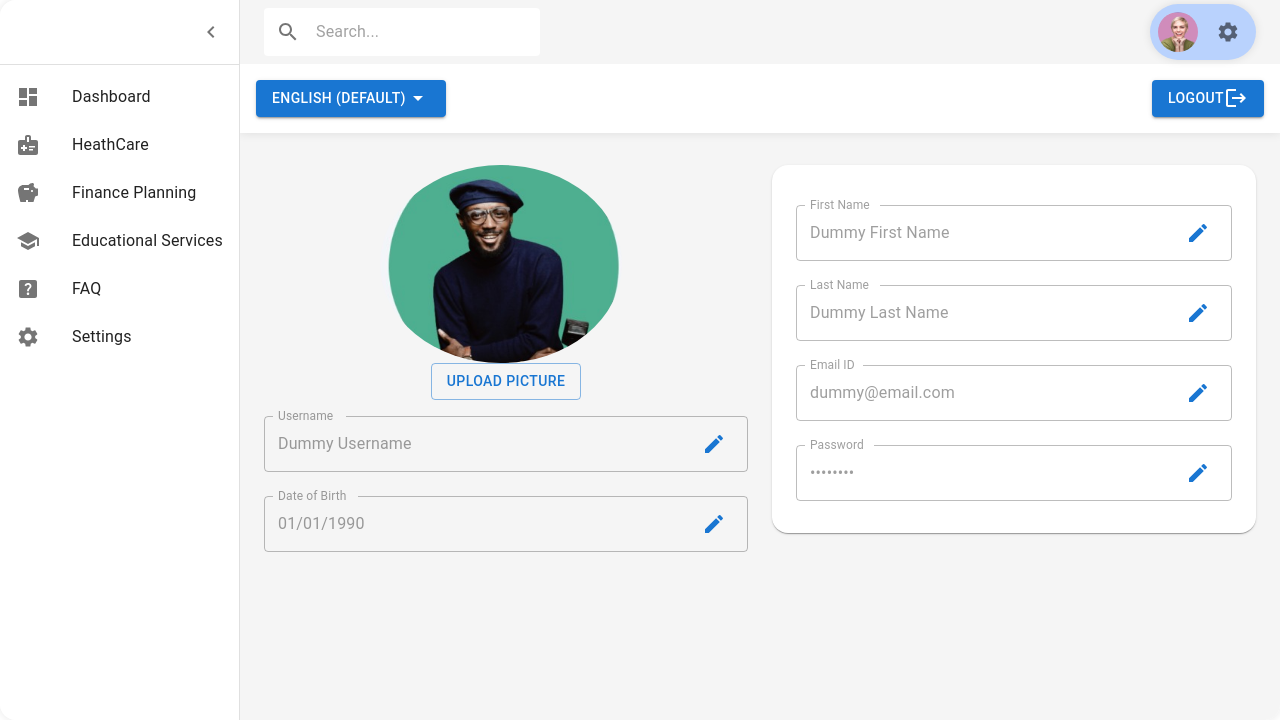
Repository: shubhampirate/TIAA_Retirement_hackathon
Page: /
An editor plug-in stored every save of this project. The page is shown before and after the next save, followed by the edit.
The browser window is 1280 px wide. The pictures show the whole page.
The project was rebuilt for these pictures with package versions that can differ from the ones it lists, and the page was loaded fresh each time. Also part of the build but not shown: src/Components/CustomButton.jsx, src/Components/Navbar.jsx, src/Components/Properties.jsx, src/Components/Footer.jsx, src/Components/Hero.jsx, src/pages/Sign_In.jsx.

Above is the page before, as saved 2023-11-15 20:16:22.

### src/index.css
@import url("https://fonts.googleapis.com/css2?family=Poppins:wght@400;500;700&display=swap");

* {
  margin: 0;
  padding: 0;
  box-sizing: border-box;
  font-family: "Poppins", sans-serif;
}

body {
  margin: 0;
  -webkit-font-smoothing: antialiased;
  -moz-osx-font-smoothing: grayscale;
}

code {
  font-family: source-code-pro, Menlo, Monaco, Consolas, "Courier New",
    monospace;
}

### src/App.jsx
import Hero from "./Components/Hero";
import SignIn from "./pages/Sign_In";
// import Dashboard from "./Components/Dashboard";
// import GaugeChart from "./Components/GaugeChart"
import Health from "./Components/Health";

function App() {
  return (
    <>
      {/* <Hero /> */}
      {/* <SignIn/> */}
      {/* <Dashboard /> */}
      <Health/>
      {/* <GaugeChart />  */}
    </>
  );
}

export default App;

### src/Components/Health.jsx
// import * as React from 'react';
import React, { useState } from 'react';
import { styled, createTheme, ThemeProvider } from '@mui/material/styles';
import CssBaseline from '@mui/material/CssBaseline';
import MuiDrawer from '@mui/material/Drawer';
import Box from '@mui/material/Box';
import MuiAppBar from '@mui/material/AppBar';
import Toolbar from '@mui/material/Toolbar';
import List from '@mui/material/List';
import Typography from '@mui/material/Typography';
import Divider from '@mui/material/Divider';
import IconButton from '@mui/material/IconButton';
// import Badge from '@mui/material/Badge';
import Container from '@mui/material/Container';
import Grid from '@mui/material/Grid';
import Paper from '@mui/material/Paper';
// import Link from '@mui/material/Link';
import MenuIcon from '@mui/icons-material/Menu';
import ChevronLeftIcon from '@mui/icons-material/ChevronLeft';
// import NotificationsIcon from '@mui/icons-material/Notifications';
import SettingsIcon from '@mui/icons-material/Settings';
import { mainListItems } from './listItems';
// import Chart from './Chart';
// import Deposits from './Deposits';
import TextField from '@mui/material/TextField';
import EditIcon from '@mui/icons-material/Edit';
import LogoutIcon from '@mui/icons-material/Logout';
import heroImg_4 from "../media/img_4.jpeg";
import heroImg_5 from "../media/img_5.jpeg";
import Button from '@mui/material/Button';
import LinearProgress from '@mui/material/LinearProgress';
// import YourComponent from './YourComponent';
import SearchIcon from '@mui/icons-material/Search';
import ArrowDropDownIcon from '@mui/icons-material/ArrowDropDown';
import InputBase from '@mui/material/InputBase';


  const Title = styled(Typography)(({ theme }) => ({
    fontSize: "25px",
    color: "#042A57",
    fontWeight: "bold",
    textAlign: "left",
    margin: theme.spacing(4, 0, 4, 0),
    [theme.breakpoints.down("sm")]: {
      fontSize: "30px",
    },
  }));
const drawerWidth = 240;

const AppBar = styled(MuiAppBar, {
  shouldForwardProp: (prop) => prop !== 'open',
})(({ theme, open }) => ({
  zIndex: theme.zIndex.drawer + 1,
  transition: theme.transitions.create(['width', 'margin'], {
    easing: theme.transitions.easing.sharp,
    duration: theme.transitions.duration.leavingScreen,
  }),
  ...(open && {
    marginLeft: drawerWidth,
    width: `calc(100% - ${drawerWidth}px)`,
    transition: theme.transitions.create(['width', 'margin'], {
      easing: theme.transitions.easing.sharp,
      duration: theme.transitions.duration.enteringScreen,
    }),
  }),
}));


const ProgressBarBox = ({ title, value }) => {
    let indicatorText = '';
    let color = '';

    if (value <= 30) {
      indicatorText = 'Less';
      color = '#BDFF7B';
    } else if (value <= 70) {
      indicatorText = 'Nearby Full';
      color = '#FFE779';
    } else {
      indicatorText = 'Completely Full';
      color = '#FC8965';
    }

    return (
      <Grid item xs={12} sm={6} md={4}>
        <Paper
          sx={{
            p: 2,
            display: 'flex',
            flexDirection: 'column',
            alignItems: 'center',
            borderRadius: '16px',
          }}
        >
          <Typography variant="h6" sx={{ mb: 1, color: "#0066FF" }}>
            {title}
          </Typography>
          <LinearProgress
          variant="determinate"
          value={value}
          sx={{
            width: '100%',
            height: '12px',
            borderRadius: '8px',
            backgroundColor: '#f0f0f0',
            marginBottom: '8px',
            '& .MuiLinearProgress-bar': {
              backgroundColor: color,
            },
          }}
        />

          <Box
          sx={{
            display: 'flex',
            justifyContent: 'space-between',
            width: '100%',

          }}
        >
          <Typography variant="body2">{indicatorText}</Typography>
          <Typography variant="body2">{value}%</Typography>
        </Box>
        </Paper>
      </Grid>
    );
  };
const Drawer = styled(MuiDrawer, { shouldForwardProp: (prop) => prop !== 'open' })(
  ({ theme, open }) => ({
    '& .MuiDrawer-paper': {
      position: 'relative',
      whiteSpace: 'nowrap',
      width: drawerWidth,
      transition: theme.transitions.create('width', {
        easing: theme.transitions.easing.sharp,
        duration: theme.transitions.duration.enteringScreen,
      }),
      boxSizing: 'border-box',
      ...(!open && {
        overflowX: 'hidden',
        transition: theme.transitions.create('width', {
          easing: theme.transitions.easing.sharp,
          duration: theme.transitions.duration.leavingScreen,
        }),
        width: theme.spacing(7),
        [theme.breakpoints.up('sm')]: {
          width: theme.spacing(9),
        },
      }),
    },
  }),
);

// TODO remove, this demo shouldn't need to reset the theme.
const defaultTheme = createTheme();

export default function Health() {
    const [isEditing, setIsEditing] = useState(false);
    const [userData, setUserData] = useState({
      username: 'Dummy Username',
      dob: '01/01/1990',
      firstName: 'Dummy First Name',
      lastName: 'Dummy Last Name',
      email: 'dummy@email.com',
      password: '********',
    });

    const handleEdit = (field) => {
      setIsEditing(!isEditing);
    };

    const handleChange = (field, value) => {
      setUserData((prevData) => ({
        ...prevData,
        [field]: value,
      }));
    };

    const [open, setOpen] = React.useState(true);

  const toggleDrawer = () => {
    setOpen(!open);
  };

  return (
    <ThemeProvider theme={defaultTheme}>
      <Box sx={{ display: 'flex', borderRadius: '16px', overflow: 'hidden', boxShadow: '0px 0px 10px rgba(0, 0, 0, 0.1)' }} >
        <CssBaseline />

<AppBar position="absolute" open={open} sx={{ backgroundColor: "whitesmoke", boxShadow: 'none' }}>
  <Toolbar
    sx={{
      pr: '24px', // keep right padding when drawer closed
      display: 'flex',
      alignItems: 'center',
      justifyContent: 'space-between',
    }}
  >
    <Box sx={{ display: 'flex', alignItems: 'center' }}>
      <IconButton
        edge="start"
        aria-label="open drawer"
        onClick={toggleDrawer}
        sx={{
          marginRight: '36px',
          ...(open && { display: 'none' }),
          backgroundColor: "#fff"
        }}
      >
        <MenuIcon  />
      </IconButton>

      {/* Search tab */}
      <Box sx={{ display: 'flex', alignItems: 'center', backgroundColor: 'white', borderRadius: '4px', padding: '4px' }}>
        <IconButton>
          <SearchIcon />
        </IconButton>
        <InputBase
          placeholder="Search..."
          sx={{ ml: 1 }}
        />
      </Box>

    </Box>

    <Box sx={{ display: 'flex', alignItems: 'center', backgroundColor: '#B9D2FD', boxShadow: '0px 0px 10px rgba(0, 0, 0, 0.1)', borderRadius: '40px', padding: '8px' }}>
      {/* User profile image */}
      <img
        src={heroImg_4}
        alt="User Profile"
        style={{ borderRadius: '50%', width: '40px', height: '40px', marginRight: '10px' }}
      />

      {/* Settings button */}
      <IconButton>
        <SettingsIcon />
      </IconButton>
    </Box>
  </Toolbar>
</AppBar>

        <Drawer variant="permanent" open={open}>
          <Toolbar
            sx={{
              display: 'flex',
              alignItems: 'center',
              justifyContent: 'flex-end',
              px: [1],
            }}
          >
            <IconButton onClick={toggleDrawer}>
              <ChevronLeftIcon />
            </IconButton>
          </Toolbar>
          <Divider />
          <List component="nav">
            {mainListItems}
            {/* <Divider sx={{ my: 1 }} /> */}
            {/* {secondaryListItems} */}
          </List>
        </Drawer>
        <Box
          component="main"
          sx={{
            backgroundColor: (theme) =>
              theme.palette.mode === 'light'
                ? theme.palette.grey[100]
                : theme.palette.grey[900],
            flexGrow: 1,
            height: '100vh',
            overflow: 'auto',

          }}
        >
          <Toolbar />
          {/* </Container> */}


          {/* Start Here */}
          <Box
    sx={{
      display: 'flex',
      justifyContent: 'space-between',
      alignItems: 'center',
      padding: '16px',
      backgroundColor: '#fff',
      boxShadow: '0px 0px 10px rgba(0, 0, 0, 0.1)',
    }}
  >
    {/* Language Button */}
    <Button variant="contained" >
      English (default) <ArrowDropDownIcon/>
    </Button>
    {/* Logout Button */}
    <Button variant="contained" >
      Logout  <LogoutIcon/>     </Button>
  </Box>
          <Container sx={{ mt: 4 }}>
        <Grid container spacing={3}>
          {/* Single Column for Upload Picture, Username, and DOB */}
          <Grid item xs={12} md={6}>
            {/* <Paper sx={{ p: 3, borderRadius: '16px' }}> */}
              <Box sx={{ display: 'flex', flexDirection: 'column', alignItems: 'center' }}>
                <input
                  type="file"
                  accept="image/*"
                  style={{
                    display: 'none',
                  }}
                  id="account-pic-input"
                />
                 <img
        src={heroImg_5}
        alt="User Profile"
        style={{ borderRadius: '100%', width: '50%', height: '50%', marginRight: '10px' }}
      />
                <label htmlFor="account-pic-input">
                  <Button variant="outlined" component="span">
                    Upload Picture
                  </Button>
                </label>
                <TextField
                  label="Username"
                  variant="outlined"
                  fullWidth
                  margin="normal"
                  value={userData.username}
                  onChange={(e) => handleChange('username', e.target.value)}
                  disabled={!isEditing}
                  InputProps={{
                    endAdornment: (
                      <IconButton color="primary" onClick={handleEdit}>
                        <EditIcon />
                      </IconButton>
                    ),
                  }}
                />
                <TextField
                  label="Date of Birth"
                  variant="outlined"
                  fullWidth
                  margin="normal"
                  value={userData.dob}
                  onChange={(e) => handleChange('dob', e.target.value)}
                  disabled={!isEditing}
                  InputProps={{
                    endAdornment: (
                      <IconButton color="primary" onClick={handleEdit}>
                        <EditIcon />
                      </IconButton>
                    ),
                  }}
                />
              </Box>
            {/* </Paper> */}
          </Grid>

          {/* Single Column for First Name, Last Name, Email, and Password */}
          <Grid item xs={12} md={6}>
            <Paper sx={{ p: 3, borderRadius: '16px' }}>
              <Box>
                <TextField
                  label="First Name"
                  variant="outlined"
                  fullWidth
                  margin="normal"
                  value={userData.firstName}
                  onChange={(e) => handleChange('firstName', e.target.value)}
                  disabled={!isEditing}
                  InputProps={{
                    endAdornment: (
                      <IconButton color="primary" onClick={handleEdit}>
                        <EditIcon />
                      </IconButton>
                    ),
                  }}
                />
                <TextField
                  label="Last Name"
                  variant="outlined"
                  fullWidth
                  margin="normal"
                  value={userData.lastName}
                  onChange={(e) => handleChange('lastName', e.target.value)}
                  disabled={!isEditing}
                  InputProps={{
                    endAdornment: (
                      <IconButton color="primary" onClick={handleEdit}>
                        <EditIcon />
                      </IconButton>
                    ),
                  }}
                />
                <TextField
                  label="Email ID"
                  variant="outlined"
                  fullWidth
                  margin="normal"
                  value={userData.email}
                  onChange={(e) => handleChange('email', e.target.value)}
                  disabled={!isEditing}
                  InputProps={{
                    endAdornment: (
                      <IconButton color="primary" onClick={handleEdit}>
                        <EditIcon />
                      </IconButton>
                    ),
                  }}
                />
                <TextField
                  label="Password"
                  type="password"
                  variant="outlined"
                  fullWidth
                  margin="normal"
                  value={userData.password}
                  onChange={(e) => handleChange('password', e.target.value)}
                  disabled={!isEditing}
                  InputProps={{
                    endAdornment: (
                      <IconButton color="primary" onClick={handleEdit}>
                        <EditIcon />
                      </IconButton>
                    ),
                  }}
                />
              </Box>
            </Paper>
          </Grid>
        </Grid>
      </Container>
        </Box>
        </Box>
      {/* </Box> */}
    </ThemeProvider>
  );
}

### src/Components/listItems.jsx
import * as React from 'react';
import ListItemButton from '@mui/material/ListItemButton';
import ListItemIcon from '@mui/material/ListItemIcon';
import ListItemText from '@mui/material/ListItemText';
import DashboardIcon from '@mui/icons-material/Dashboard';
import MedicalInformationIcon from '@mui/icons-material/MedicalInformation';
import SavingsIcon from '@mui/icons-material/Savings';
import SchoolIcon from '@mui/icons-material/School';
import HelpCenterIcon from '@mui/icons-material/HelpCenter';
import SettingsIcon from '@mui/icons-material/Settings';


export const mainListItems = (
  <React.Fragment>
    <ListItemButton>
      <ListItemIcon>
        <DashboardIcon />
      </ListItemIcon>
      <ListItemText primary="Dashboard" />
    </ListItemButton>
    <ListItemButton>
      <ListItemIcon>
        <MedicalInformationIcon />
      </ListItemIcon>
      <ListItemText primary="HeathCare" />
    </ListItemButton>
    <ListItemButton>
      <ListItemIcon>
        <SavingsIcon />
      </ListItemIcon>
      <ListItemText primary="Finance Planning" />
    </ListItemButton>
    <ListItemButton>
      <ListItemIcon>
        <SchoolIcon />
      </ListItemIcon>
      <ListItemText primary="Educational Services" />
    </ListItemButton>
    <ListItemButton>
      <ListItemIcon>
        <HelpCenterIcon />
      </ListItemIcon>
      <ListItemText primary="FAQ" />
    </ListItemButton>
    <ListItemButton>
      <ListItemIcon>
        <SettingsIcon />
      </ListItemIcon>
      <ListItemText primary="Settings" />
    </ListItemButton>
  </React.Fragment>
);

// export const secondaryListItems = (
//   <React.Fragment>
//     <ListSubheader component="div" inset>
//       Saved reports
//     </ListSubheader>
//     <ListItemButton>
//       <ListItemIcon>
//         <AssignmentIcon />
//       </ListItemIcon>
//       <ListItemText primary="Current month" />
//     </ListItemButton>
//     <ListItemButton>
//       <ListItemIcon>
//         <AssignmentIcon />
//       </ListItemIcon>
//       <ListItemText primary="Last quarter" />
//     </ListItemButton>
//     <ListItemButton>
//       <ListItemIcon>
//         <AssignmentIcon />
//       </ListItemIcon>
//       <ListItemText primary="Year-end sale" />
//     </ListItemButton>
//   </React.Fragment>
// );

Loaded but not shown: public/index.html (common file); src/index.js (common file)

After the next save:
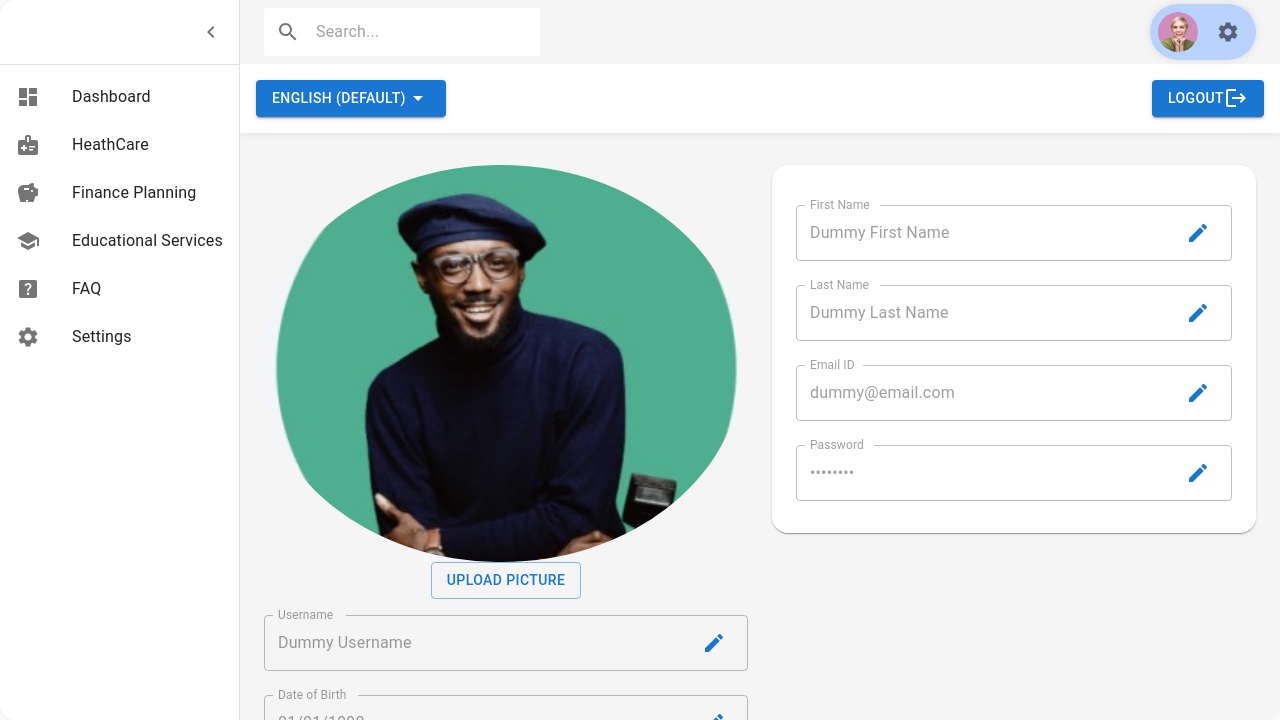
Saved 21 s later.
--- a/src/Components/Health.jsx
+++ b/src/Components/Health.jsx
@@ -312,7 +312,7 @@ export default function Health() {
                  <img
         src={heroImg_5}
         alt="User Profile"
-        style={{ borderRadius: '100%', width: '50%', height: '50%', marginRight: '10px' }}
+        style={{ borderRadius: '100%', width: '100%', height: '100%', marginRight: '10px' }}
       />
                 <label htmlFor="account-pic-input">
                   <Button variant="outlined" component="span">
